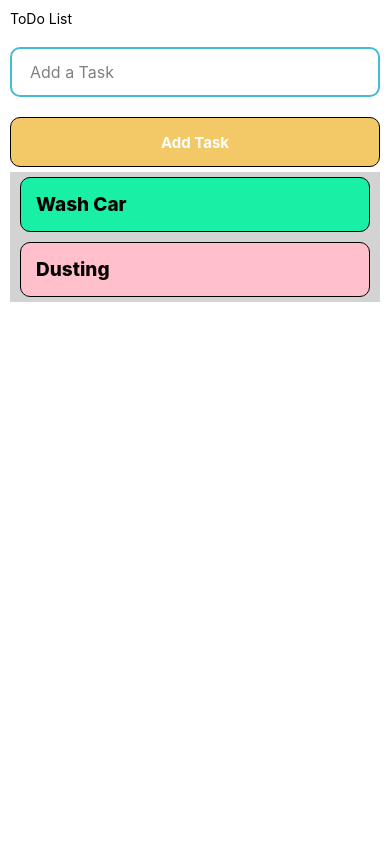
Repository: raisingh22/Projects
Screen: /
These files come from the project's save history. The screen is drawn as it stood at one moment and after the next save; the edit follows.
The app was drawn by React Native's web renderer in a window 390 px wide. The project was rebuilt for these pictures with package versions that can differ from the ones it lists, and the page was loaded fresh each time.

Above is the screen before, as saved 2024-01-21 19:23:51.

After the next save:
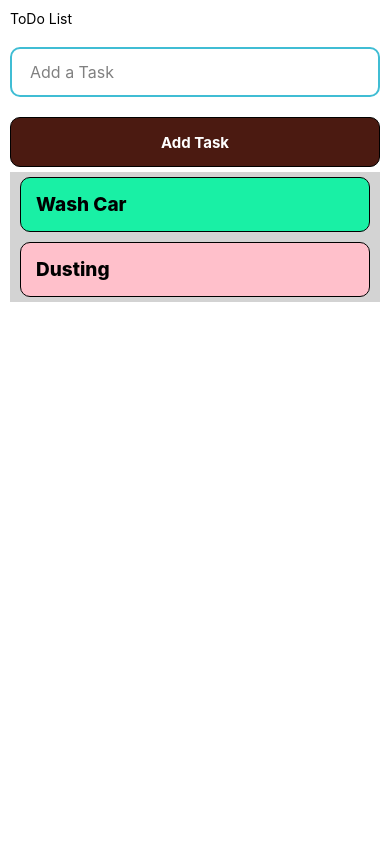
Saved 10 s later.
--- a/src/ToDoList/screens/ToDo.js
+++ b/src/ToDoList/screens/ToDo.js
@@ -27,7 +27,7 @@ const ToDo = () => {
       />
       <MyBtn
         text={'Add Task'}
-        btnStyle={{backgroundColor: '#f3c968'}}
+        btnStyle={{backgroundColor: '#4b1a11'}}
         textStyle={{
           fontSize: 15,
           fontWeight: 'bold',
